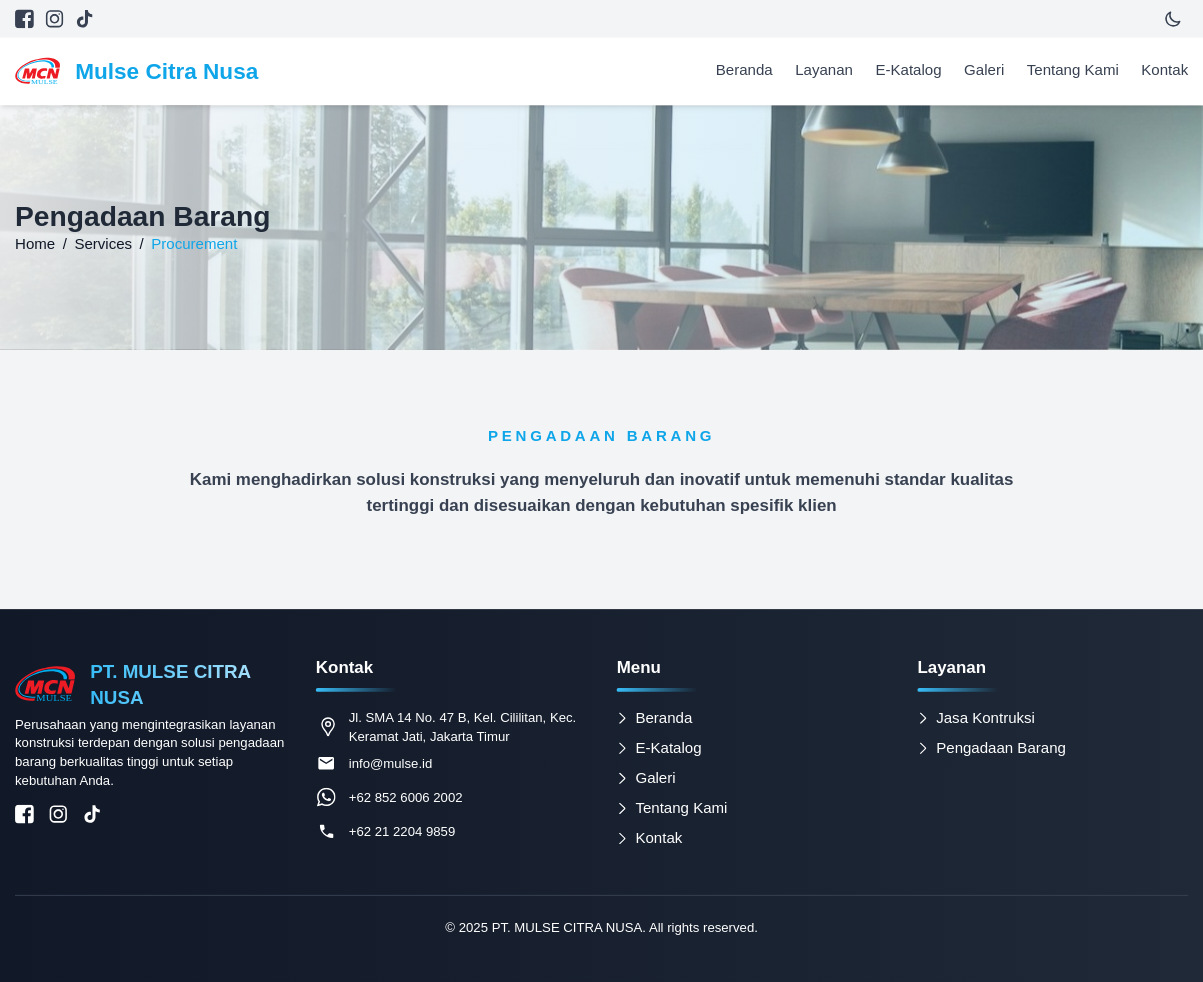
Repository: PrasBaldin/next-mulse
Page: /services/procurement
An editor plug-in stored every save of this project. The page is shown before and after the next save, followed by the edit.
The browser window is 1280 px wide. The pictures show the whole page, at 94% of full size.
The project was rebuilt for these pictures with package versions that can differ from the ones it lists, and the page was loaded fresh each time. The framework's server and built-in components were replaced by stand-ins that run in the browser. Also part of the build but not shown: next.config.ts.

Above is the page before, as saved 2025-02-26 13:24:44.

### app/layout.tsx
import type { Metadata } from "next";
import { Geist, Geist_Mono } from "next/font/google";
import "./globals.css";
import Navbar from "@/components/navbar";
import Footer from "@/components/footer";

const geistSans = Geist({
  variable: "--font-geist-sans",
  subsets: ["latin"],
});

const geistMono = Geist_Mono({
  variable: "--font-geist-mono",
  subsets: ["latin"],
});

export const metadata: Metadata = {
  title: "Mulse",
  description: "Selamat datang di PT. Mulse Citra Nusa, kami menyediakan barang dan jasa sesuai kebutuhan Anda.",
};

export default function RootLayout({
  children,
}: Readonly<{
  children: React.ReactNode;
}>) {
  return (
    <html lang="en">
      <body className={`${geistSans.variable} ${geistMono.variable} antialiased`} >
        <Navbar />
        {children}
        <Footer />
      </body>
    </html>
  );
}

### app/services/procurement/page.tsx
import Link from "next/link";

const ProcurementPage = () => {
  return (
    <>
      <section className="mt-[72px] lg:mt-[112px]">
        <div className="banner">
          <div className="banner-mask"></div>
          <div className="container z-[1] relative">
            <div className="banner-content">
              <h4 className="text-3xl font-bold text-gray-800 dark:text-gray-100 transition duration-500 ease-in-out">
                Pengadaan Barang
              </h4>
              <ul className="breadcrumbs">
                <li>
                  <Link
                    href="/"
                    className="text-gray-900 dark:text-gray-100 transition duration-500 ease-in-out"
                  >
                    Home
                  </Link>
                </li>
                <li className="text-gray-900 dark:text-gray-100 transition duration-500 ease-in-out">
                  /
                </li>
                <li>
                  <Link
                    href="/"
                    className="text-gray-900 dark:text-gray-100 transition duration-500 ease-in-out"
                  >
                    Services
                  </Link>
                </li>
                <li className="text-gray-900 dark:text-gray-100 transition duration-500 ease-in-out">
                  /
                </li>
                <li>
                  <Link href="/gallery" className="text-sky-500">
                    Procurement
                  </Link>
                </li>
              </ul>
            </div>
          </div>
        </div>
      </section>
      <section className="py-20">
        <div className="container text-center">
          <h4 className="mb-3 text-sky-500 font-semibold tracking-[.25em] uppercase">
            Pengadaan Barang
          </h4>
          <h3 className="py-2 my-2 mx-auto w-3/4 text-gray-700 dark:text-gray-100 transition duration-500 ease-in-out text-lg font-semibold">
            Kami menghadirkan solusi konstruksi yang menyeluruh dan inovatif
            untuk memenuhi standar kualitas tertinggi dan disesuaikan dengan
            kebutuhan spesifik klien
          </h3>
        </div>
      </section>
    </>
  );
};

export default ProcurementPage;

### app/globals.css
@tailwind base;
@tailwind components;
@tailwind utilities;

:root {
  --background: #ffffff;
  --foreground: #171717;
}

@media (prefers-color-scheme: dark) {
  :root {
    --background: #0a0a0a;
    --foreground: #ededed;
  }
}

body {
  font-family: Arial, Helvetica, sans-serif;
  @apply bg-gray-100 dark:bg-gray-700;
}

.container {
  @apply mx-auto px-4;
}

.btn {
  @apply px-4 py-3 rounded-lg transition duration-500 ease-in-out;
}

.btn-primary {
  @apply bg-sky-600 hover:bg-sky-700 dark:hover:bg-sky-700 text-gray-100 hover:text-gray-300;
}

.btn-secondary {
  @apply bg-gray-100 hover:bg-gray-300 dark:hover:bg-gray-300 text-gray-800;
}

.btn-primary-border {
  @apply bg-transparent hover:bg-sky-500 dark:hover:bg-sky-500 border-2 border-sky-500 text-sky-500 dark:text-sky-500 hover:text-white dark:hover:text-white;
}

.banner {
  background-image: url("/img/banner-2.jpg");
  background-size: cover;
  @apply py-[100px] relative;
}

.banner-mask {
  @apply absolute inset-0 bg-gradient-to-r from-gray-100/90 to-sky-500/20 dark:from-gray-800/90 dark:to-sky-500/20 transition duration-500 ease-in-out z-[0];
}

.breadcrumbs {
  @apply flex gap-2 font-medium;
}

### components/navbar.css
.utility-bar {
  @apply hidden lg:block absolute top-0 w-full py-1 bg-gray-100 dark:bg-gray-700 transition duration-500 ease-in-out z-10;
}

.utility-content {
  @apply w-auto flex gap-2;
}

.social-media-link {
  @apply mr-3 text-gray-700 dark:text-gray-100 hover:text-sky-500 dark:hover:text-sky-500 transition duration-300;
}

.navbar {
  @apply bg-white dark:bg-gray-800 transition duration-500 ease-in-out shadow-md top-0 lg:top-[40px] fixed lg:absolute w-full z-20;
}

.nav-link {
  @apply text-gray-700 hover:text-sky-500 dark:hover:text-sky-500 dark:text-gray-100 py-5 transition duration-500 ease-in-out border-b-2 border-transparent hover:border-sky-500 flex items-center;
}

.nav-dropdown {
  @apply bg-white dark:bg-gray-800 absolute top-[4rem] -left-2 w-auto pt-2 p-3 border-2 border-sky-300 dark:border-sky-800 border-t-sky-500 dark:border-t-sky-500 shadow-xl rounded-lg overflow-visible transition-all duration-300 transform;
}

.nav-link-dropdown {
  @apply text-gray-700 hover:text-sky-500 dark:hover:text-sky-500 dark:text-gray-100 pt-2 pb-1 transition duration-500 ease-in-out hover:bg-gray-100 dark:hover:bg-gray-700 rounded border-b border-gray-200 hover:border-sky-500 block mt-2 px-2;
}

.nav-link-mobile {
  @apply hover:bg-gray-100 dark:hover:bg-gray-700 text-gray-700 hover:text-sky-500 dark:hover:text-sky-500 dark:text-gray-100 py-2 pl-2 border-b border-gray-200 hover:border-sky-500 rounded transition;
}

.hamburger {
  @apply absolute w-6 h-[3px] bg-gray-800 dark:bg-gray-100 rounded transition duration-500 ease-in-out;
}

.dropdown-arrow {
  @apply border-b-2 border-r-2 border-gray-700 dark:border-gray-100 ml-2 w-3 h-3 transition duration-500 ease-in-out;
}

.nav-link-mobile:hover .dropdown-arrow {
  @apply border-sky-500;
}

### components/toggleDarkMode.tsx
"use client";
import { useState, useEffect } from "react";
import IconDarkMode from "../app/_assets/icon/iconDarkmode";
import IconLightMode from "../app/_assets/icon/iconLightmode";

import "./toggleDarkMode.css";

const ToggleDarkMode = () => {
  const [isDarkMode, setIsDarkMode] = useState(false);
  useEffect(() => {
    const storedTheme = localStorage.getItem("theme");
    setIsDarkMode(storedTheme === "dark");
  }, []);

  useEffect(() => {
    if (isDarkMode) {
      document.documentElement.classList.add("dark");
      localStorage.setItem("theme", "dark");
    } else {
      document.documentElement.classList.remove("dark");
      localStorage.setItem("theme", "light");
    }
  }, [isDarkMode]);

  return (
    <>
      {/* Mobile */}
      <button
        onClick={() => setIsDarkMode(!isDarkMode)}
        className="lg:hidden btn h-11 flex items-center"
        style={{ padding: ".5rem" }}
      >
        <div className="block">
          <div className="absolute flex items-center gap-2">
            <div
              className={`toggle-dark-mode-mobile gap-2 ${
                isDarkMode ? "opacity-100 rotate-0" : "opacity-0 rotate-90"
              }`}
            >
              <IconLightMode />
            </div>
            <span
              className={`text-gray-700 dark:text-gray-300 ${
                isDarkMode ? "opacity-100" : "opacity-0"
              }`}
            >
              Light Mode
            </span>
          </div>
          <div className="flex items-center gap-2">
            <div
              className={`toggle-dark-mode-mobile gap-2 ${
                isDarkMode ? "opacity-0 -rotate-90" : "opacity-100 rotate-0"
              }`}
            >
              <IconDarkMode />
            </div>
            <span
              className={`text-gray-700 dark:text-gray-300 ${
                isDarkMode ? "opacity-0" : "opacity-100"
              }`}
            >
              Night Mode
            </span>
          </div>
        </div>
      </button>

      {/* Desktop */}
      <button
        onClick={() => setIsDarkMode(!isDarkMode)}
        className="btn hidden lg:block btn w-8 h-8 relative overflow-hidden"
      >
        <div
          className={`toggle-dark-mode ${
            isDarkMode ? "opacity-100 rotate-0" : "opacity-0 rotate-90"
          }`}
        >
          <IconLightMode />
        </div>
        <div
          className={`toggle-dark-mode ${
            isDarkMode ? "opacity-0 -rotate-90" : "opacity-100 rotate-0"
          }`}
        >
          <IconDarkMode />
        </div>
      </button>
    </>
  );
};

export default ToggleDarkMode;

### components/footer.css
footer table tr a {
    @apply transition duration-300
}

footer table tr:hover a {
    @apply text-sky-400
}

### app/_assets/icon/iconDarkmode.tsx
import React from "react";

const IconDarkmode = () => {
    return (
        <svg xmlns="http://www.w3.org/2000/svg" className="h-5 w-5 text-gray-700 dark:text-gray-100" fill="none" viewBox="0 0 24 24" stroke="currentColor">
            <path strokeLinecap="round" strokeLinejoin="round" strokeWidth={2} d="M20.354 15.354A9 9 0 018.646 3.646 9.003 9.003 0 0012 21a9.003 9.003 0 008.354-5.646z" />
        </svg>
    )
}

export default IconDarkmode

### app/_assets/icon/iconLightmode.tsx
import React from "react";

const IconLightMode = () => {
    return (
        <svg xmlns="http://www.w3.org/2000/svg" className="h-5 w-5 text-gray-100" fill="none" viewBox="0 0 24 24" stroke="currentColor">
            <path strokeLinecap="round" strokeLinejoin="round" strokeWidth="2" d="M12 3v1m0 16v1m9-9h-1M4 12H3m15.364 6.364l-.707-.707M6.343 6.343l-.707-.707m12.728 0l-.707.707M6.343 17.657l-.707.707" />
            <circle cx="12" cy="12" r="3" stroke="currentColor" strokeWidth="2" fill="none" />
        </svg>
    )
}

export default IconLightMode

### components/toggleDarkMode.css
.toggle-dark-mode {
    @apply absolute top-0 bottom-0 left-0 right-0 flex items-center justify-center transition-all duration-500 transform
}

.toggle-dark-mode-mobile {
    @apply flex items-center justify-center transition-all duration-500 transform
}

### tailwind.config.ts
import type { Config } from "tailwindcss";

export default {
  darkMode: 'class',
  content: [
    "./pages/**/*.{js,ts,jsx,tsx,mdx}",
    "./components/**/*.{js,ts,jsx,tsx,mdx}",
    "./app/**/*.{js,ts,jsx,tsx,mdx}"
  ],
  theme: {
    extend: {
      width: {
        '11': '2.75rem',
      },
      height: {
        '11': '2.75rem',
      },
      colors: {
        background: "var(--background)",
        foreground: "var(--foreground)",
      },
    },
  },
  plugins: [],
} satisfies Config;

Loaded but not shown: components/footer.tsx (503 lines, source omitted); components/navbar.tsx (283 lines, source omitted)

After the next save:
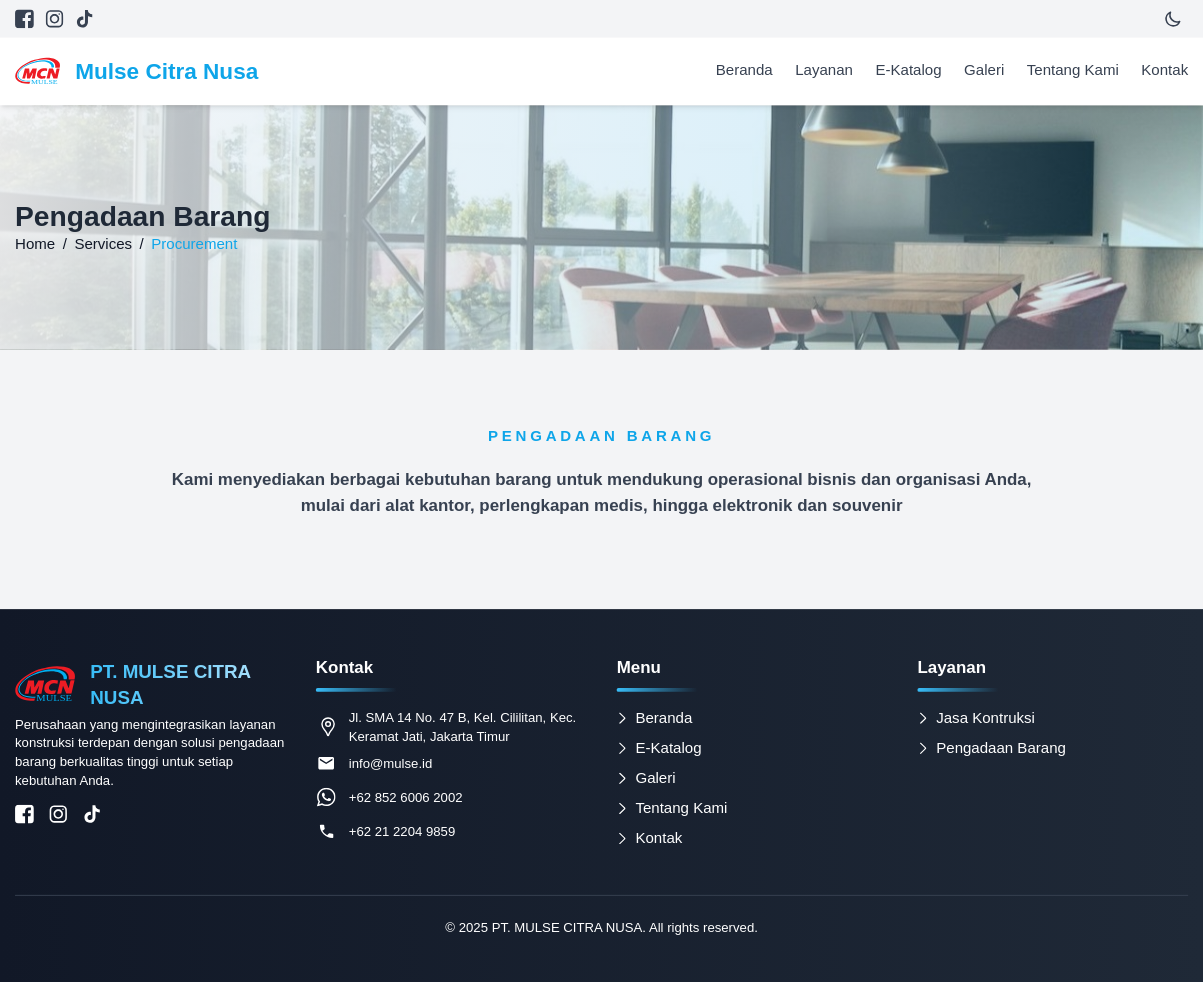
Saved 20 s later.
--- a/app/services/procurement/page.tsx
+++ b/app/services/procurement/page.tsx
@@ -50,9 +50,9 @@
             Pengadaan Barang
           </h4>
           <h3 className="py-2 my-2 mx-auto w-3/4 text-gray-700 dark:text-gray-100 transition duration-500 ease-in-out text-lg font-semibold">
-            Kami menghadirkan solusi konstruksi yang menyeluruh dan inovatif
-            untuk memenuhi standar kualitas tertinggi dan disesuaikan dengan
-            kebutuhan spesifik klien
+            Kami menyediakan berbagai kebutuhan barang untuk mendukung
+            operasional bisnis dan organisasi Anda, mulai dari alat kantor,
+            perlengkapan medis, hingga elektronik dan souvenir
           </h3>
         </div>
       </section>
